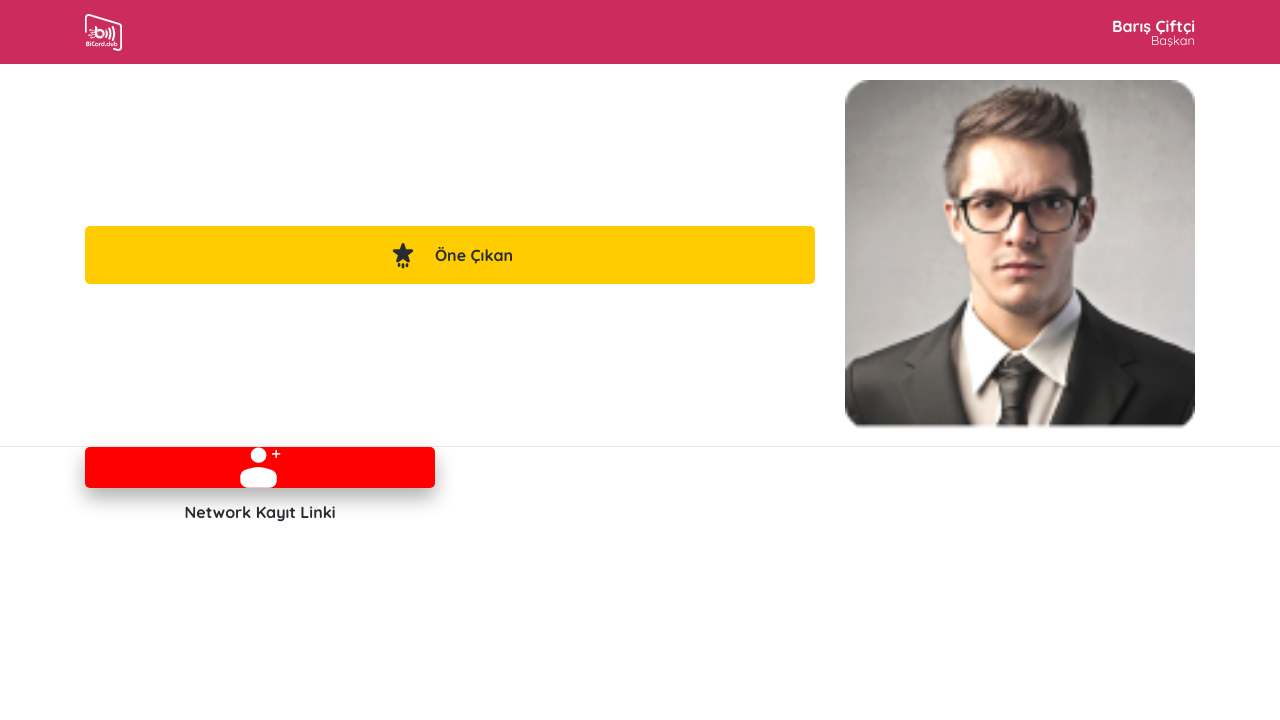
Repository: KayahanKahriman/bicard
Page: index.html
An editor plug-in stored every save of this project. The page is shown before and after the next save, followed by the edit.
The browser window is 1280 px wide. The pictures show the whole page.
The style sheet was rebuilt from its Sass, Less or Tailwind sources for each picture, by a compiler version that may differ from the author's.

Above is the page before, as saved 2021-12-01 12:22:06.

After the next save:
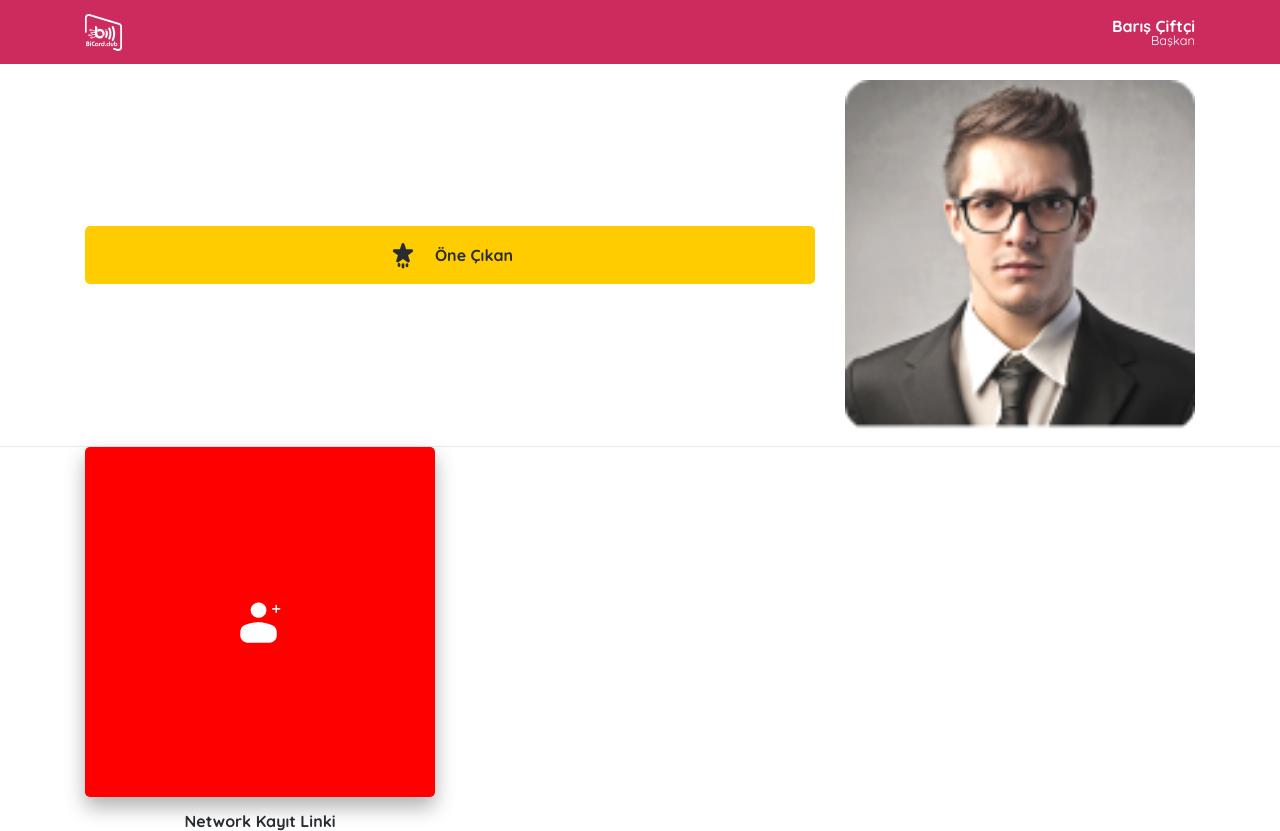
Saved 44 s later.
--- a/assets/scss/_main.scss
+++ b/assets/scss/_main.scss
@@ -107,6 +107,7 @@
     background-color: red;
     box-shadow: 0 10px 20px #00000050;
     width: 100%;
+    aspect-ratio: 1/1;
     display: flex;
     align-items: center;
     justify-content: center;
